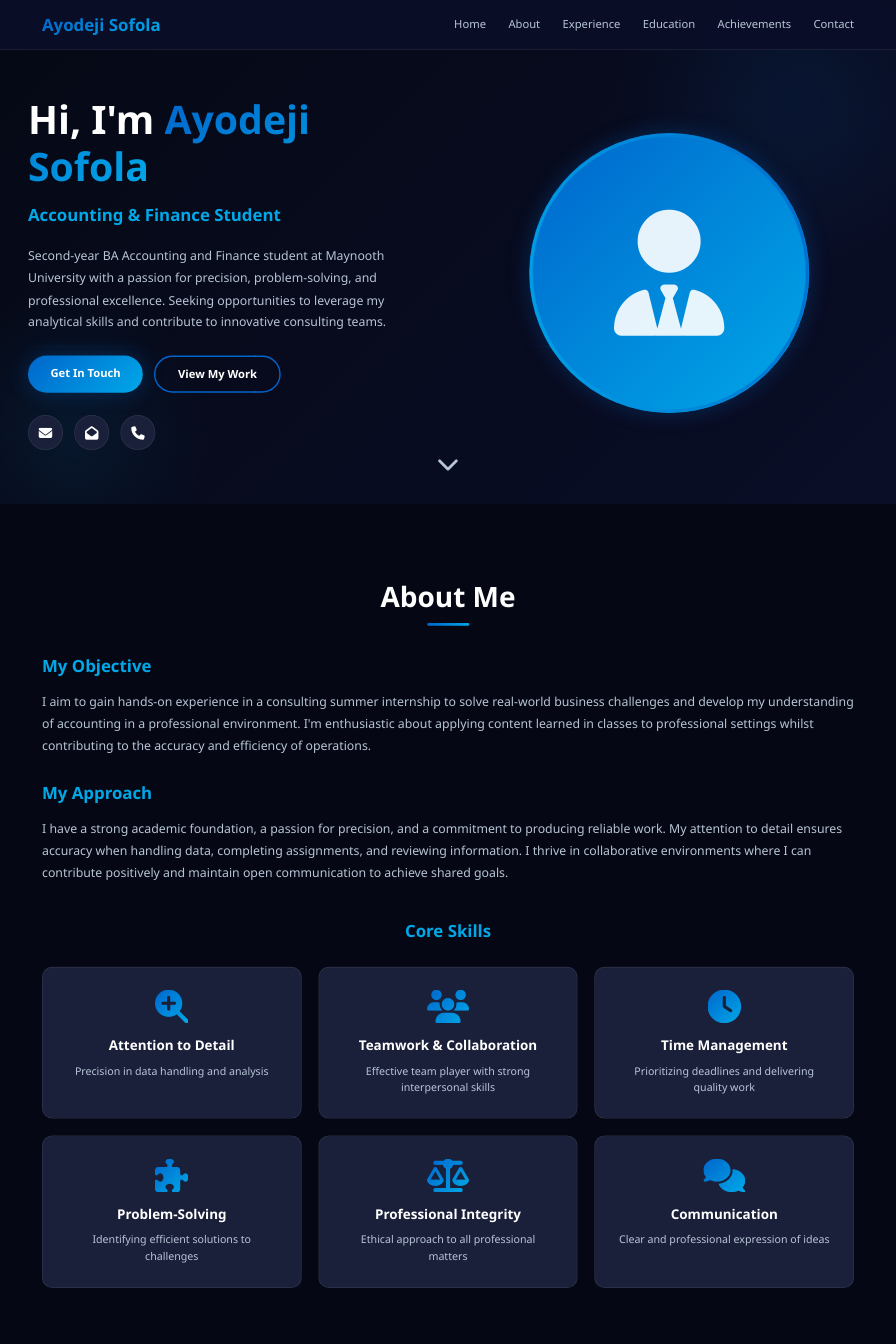
Repository: Daniel-01000/Ayodeji-s_Website
Page: index.html
The author's editor kept a copy of each file at every save. The page is drawn from the files as they stood at one save, then again after the next save.
The browser window is 1280 px wide. The pictures show the part of the page from y = 0 to 1920 px (the page is 6450 px tall), at 70% of full size.

Above is the page before, as saved 2025-11-30 04:07:28.

### index.html
<!DOCTYPE html>
<html lang="en">
<head>
    <meta charset="UTF-8">
    <meta name="viewport" content="width=device-width, initial-scale=1.0">
    <title>Ayodeji Sofola - Portfolio</title>
    <link rel="stylesheet" href="styles.css">
    <link rel="stylesheet" href="https://cdnjs.cloudflare.com/ajax/libs/font-awesome/6.4.0/css/all.min.css">
</head>
<body>
    <!-- Navigation -->
    <nav class="navbar">
        <div class="nav-container">
            <a href="#home" class="nav-logo">Ayodeji Sofola</a>
            <ul class="nav-menu">
                <li><a href="#home" class="nav-link">Home</a></li>
                <li><a href="#about" class="nav-link">About</a></li>
                <li><a href="#experience" class="nav-link">Experience</a></li>
                <li><a href="#education" class="nav-link">Education</a></li>
                <li><a href="#achievements" class="nav-link">Achievements</a></li>
                <li><a href="#contact" class="nav-link">Contact</a></li>
            </ul>
            <div class="hamburger">
                <span class="bar"></span>
                <span class="bar"></span>
                <span class="bar"></span>
            </div>
        </div>
    </nav>

    <!-- Hero Section -->
    <section id="home" class="hero">
        <div class="hero-container">
            <div class="hero-content">
                <h1 class="hero-title">
                    Hi, I'm <span class="gradient-text">Ayodeji Sofola</span>
                </h1>
                <p class="hero-subtitle">Accounting & Finance Student</p>
                <p class="hero-description">
                    Second-year BA Accounting and Finance student at Maynooth University with a passion for precision,
                    problem-solving, and professional excellence. Seeking opportunities to leverage my analytical skills
                    and contribute to innovative consulting teams.
                </p>
                <div class="hero-buttons">
                    <a href="#contact" class="btn btn-primary">Get In Touch</a>
                    <a href="#experience" class="btn btn-secondary">View My Work</a>
                </div>
                <div class="hero-social">
                    <a href="mailto:AYODEJI.SOFOLA.2025@mumail.ie" class="social-link" title="Email">
                        <i class="fas fa-envelope"></i>
                    </a>
                    <a href="mailto:DSOFOLA8@GMAIL.COM" class="social-link" title="Alternate Email">
                        <i class="fas fa-envelope-open"></i>
                    </a>
                    <a href="tel:0899871256" class="social-link" title="Phone">
                        <i class="fas fa-phone"></i>
                    </a>
                </div>
            </div>
            <div class="hero-image">
                <div class="image-placeholder">
                    <i class="fas fa-user-tie"></i>
                </div>
            </div>
        </div>
        <div class="scroll-indicator">
            <a href="#about">
                <i class="fas fa-chevron-down"></i>
            </a>
        </div>
    </section>

    <!-- About Section -->
    <section id="about" class="about">
        <div class="container">
            <h2 class="section-title">About Me</h2>
            <div class="about-content">
                <div class="about-text">
                    <h3>My Objective</h3>
                    <p>
                        I aim to gain hands-on experience in a consulting summer internship to solve real-world business challenges
                        and develop my understanding of accounting in a professional environment. I'm enthusiastic about applying
                        content learned in classes to professional settings whilst contributing to the accuracy and efficiency of operations.
                    </p>

                    <h3>My Approach</h3>
                    <p>
                        I have a strong academic foundation, a passion for precision, and a commitment to producing reliable work.
                        My attention to detail ensures accuracy when handling data, completing assignments, and reviewing information.
                        I thrive in collaborative environments where I can contribute positively and maintain open communication to achieve shared goals.
                    </p>
                </div>

                <div class="skills-container">
                    <h3>Core Skills</h3>
                    <div class="skills-grid">
                        <div class="skill-card">
                            <i class="fas fa-search-plus"></i>
                            <h4>Attention to Detail</h4>
                            <p>Precision in data handling and analysis</p>
                        </div>
                        <div class="skill-card">
                            <i class="fas fa-users"></i>
                            <h4>Teamwork & Collaboration</h4>
                            <p>Effective team player with strong interpersonal skills</p>
                        </div>
                        <div class="skill-card">
                            <i class="fas fa-clock"></i>
                            <h4>Time Management</h4>
                            <p>Prioritizing deadlines and delivering quality work</p>
                        </div>
                        <div class="skill-card">
                            <i class="fas fa-puzzle-piece"></i>
                            <h4>Problem-Solving</h4>
                            <p>Identifying efficient solutions to challenges</p>
                        </div>
                        <div class="skill-card">
                            <i class="fas fa-balance-scale"></i>
                            <h4>Professional Integrity</h4>
                            <p>Ethical approach to all professional matters</p>
                        </div>
                        <div class="skill-card">
                            <i class="fas fa-comments"></i>
                            <h4>Communication</h4>
                            <p>Clear and professional expression of ideas</p>
                        </div>
                    </div>
                </div>
            </div>
        </div>
    </section>

    <!-- Experience Section -->
    <section id="experience" class="experience">
        <div class="container">
            <h2 class="section-title">Experience</h2>
            <div class="timeline">
                <div class="timeline-item">
                    <div class="timeline-dot"></div>
                    <div class="timeline-content">
                        <div class="timeline-date">Recent</div>
                        <h3>Work Placement - PurePharmacy, Dundalk</h3>
                        <ul class="timeline-list">
                            <li>
                                <i class="fas fa-check-circle"></i>
                                Gained experience handling confidential information by following set procedures
                            </li>
                            <li>
                                <i class="fas fa-check-circle"></i>
                                Supported daily operational tasks, strengthening organisation and teamwork abilities in a professional workplace
                            </li>
                            <li>
                                <i class="fas fa-check-circle"></i>
                                Learned the importance of efficiency and accuracy in a fast-paced environment
                            </li>
                        </ul>
                    </div>
                </div>

                <div class="timeline-item">
                    <div class="timeline-dot"></div>
                    <div class="timeline-content">
                        <div class="timeline-date">Ongoing</div>
                        <h3>Homework Tutor</h3>
                        <ul class="timeline-list">
                            <li>
                                <i class="fas fa-check-circle"></i>
                                Helped primary school and junior cert students with completing homework by explaining questions clearly and communicating effectively
                            </li>
                            <li>
                                <i class="fas fa-check-circle"></i>
                                Explained concepts clearly and adapted different teaching methods to cater to each student
                            </li>
                            <li>
                                <i class="fas fa-check-circle"></i>
                                Developed planning and mentoring skills by helping students build confidence in their academics
                            </li>
                        </ul>
                    </div>
                </div>
            </div>
        </div>
    </section>

    <!-- Education Section -->
    <section id="education" class="education">
        <div class="container">
            <h2 class="section-title">Education</h2>
            <div class="education-content">
                <div class="education-card">
                    <div class="education-header">
                        <div>
                            <h3>Maynooth University</h3>
                            <p class="education-degree">BA Accounting and Finance</p>
                        </div>
                        <div class="education-date">September 2024 - May 2027</div>
                    </div>
                    <div class="education-body">
                        <div class="education-grade">
                            <strong>Expected Grade:</strong> First Class Honours
                            <br>
                            <span class="current-grade">Currently achieving an Upper Second Class, 2:1</span>
                        </div>

                        <div class="modules-section">
                            <h4><i class="fas fa-book"></i> Core Modules Studied:</h4>
                            <div class="modules-grid">
                                <div class="module-tag">Financial Accounting I & II</div>
                                <div class="module-tag">Management & Cost Accounting</div>
                                <div class="module-tag">Corporate Finance</div>
                                <div class="module-tag">Fundamentals of Finance and Accounting</div>
                                <div class="module-tag">Economics</div>
                                <div class="module-tag">Personal and Business Taxation</div>
                                <div class="module-tag">Quantitative Methods for Economics and Business</div>
                            </div>
                        </div>

                        <p class="education-note">
                            <i class="fas fa-star"></i>
                            Developing a strong foundation in accounting principles, financial analysis, and economic reasoning
                        </p>
                    </div>
                </div>
            </div>
        </div>
    </section>

    <!-- Achievements Section -->
    <section id="achievements" class="achievements">
        <div class="container">
            <h2 class="section-title">Achievements</h2>
            <div class="achievements-grid">
                <div class="achievement-card">
                    <div class="achievement-icon">
                        <i class="fas fa-trophy"></i>
                    </div>
                    <h3>SciFest Award Winner</h3>
                    <h4>Chemistry Project: Oxidation of Apples</h4>
                    <p>
                        Awarded a chemistry prize at SciFest, Ireland's largest second-level STEM fair, for conducting research
                        and experimentation analysis on the chemical changes in apples as they ripen. This research strengthened
                        my problem-solving and analytical skills, as it is needed for collecting and interpreting data, finding
                        patterns, and forming evidence-based conclusions.
                    </p>
                    <p class="achievement-impact">
                        <strong>Impact:</strong> Developed ability to work with precision - skills I continue to use in my
                        academic work and will take into a professional environment.
                    </p>
                </div>

                <div class="achievement-card">
                    <div class="achievement-icon">
                        <i class="fas fa-presentation"></i>
                    </div>
                    <h3>BT Young Scientist Participant</h3>
                    <h4>BTYSE - Technology Exhibition</h4>
                    <p>
                        Selected to present my scientific research at one of Ireland's most prestigious STEM competitions.
                        Communicating my findings to judges and peers allowed me to demonstrate effective communication and
                        interpersonal skills.
                    </p>
                    <p class="achievement-impact">
                        <strong>Impact:</strong> Enhanced ability to express ideas clearly and professionally, crucial for
                        consulting and client-facing roles.
                    </p>
                </div>
            </div>
        </div>
    </section>

    <!-- Interests Section -->
    <section id="interests" class="interests">
        <div class="container">
            <h2 class="section-title">Personal Interests</h2>
            <div class="interests-content">
                <div class="interest-card">
                    <div class="interest-icon">
                        <i class="fas fa-book-reader"></i>
                    </div>
                    <h3>Reading</h3>
                    <p>
                        I enjoy reading books that explore different ideas and views. I recently read <em>The Housemaid</em>
                        by Freida McFadden, an exciting thriller that strengthened my ability to analyse different motives.
                        I am currently reading <em>Making It Big</em> by Femi Otedola, a book about entrepreneurship and finance.
                    </p>
                    <p class="interest-benefit">
                        Reading helps develop my reflective and analytical thinking, essential skills for consulting and
                        financial analysis.
                    </p>
                </div>
            </div>
        </div>
    </section>

    <!-- Contact Section -->
    <section id="contact" class="contact">
        <div class="container">
            <h2 class="section-title">Get In Touch</h2>
            <p class="contact-subtitle">
                I'm currently seeking opportunities for summer internships in consulting, particularly at KPMG.
                I'd love to discuss how I can contribute to your team!
            </p>

            <div class="contact-grid">
                <div class="contact-card">
                    <div class="contact-icon">
                        <i class="fas fa-envelope"></i>
                    </div>
                    <h3>Email</h3>
                    <a href="mailto:AYODEJI.SOFOLA.2025@mumail.ie">AYODEJI.SOFOLA.2025@mumail.ie</a>
                    <a href="mailto:DSOFOLA8@GMAIL.COM">DSOFOLA8@GMAIL.COM</a>
                </div>

                <div class="contact-card">
                    <div class="contact-icon">
                        <i class="fas fa-phone"></i>
                    </div>
                    <h3>Phone</h3>
                    <a href="tel:0899871256">089 987 1256</a>
                </div>

                <div class="contact-card">
                    <div class="contact-icon">
                        <i class="fas fa-map-marker-alt"></i>
                    </div>
                    <h3>Location</h3>
                    <p>Maynooth, Ireland</p>
                </div>
            </div>
        </div>
    </section>

    <!-- Footer -->
    <footer class="footer">
        <div class="container">
            <p>&copy; 2025 Ayodeji Sofola</p>
            <p>Built with dedication and attention to detail</p>
        </div>
    </footer>

    <script src="script.js"></script>
</body>
</html>

Loaded but not shown: script.js (259 lines, source omitted); styles.css (1099 lines, source omitted)

After the next save:
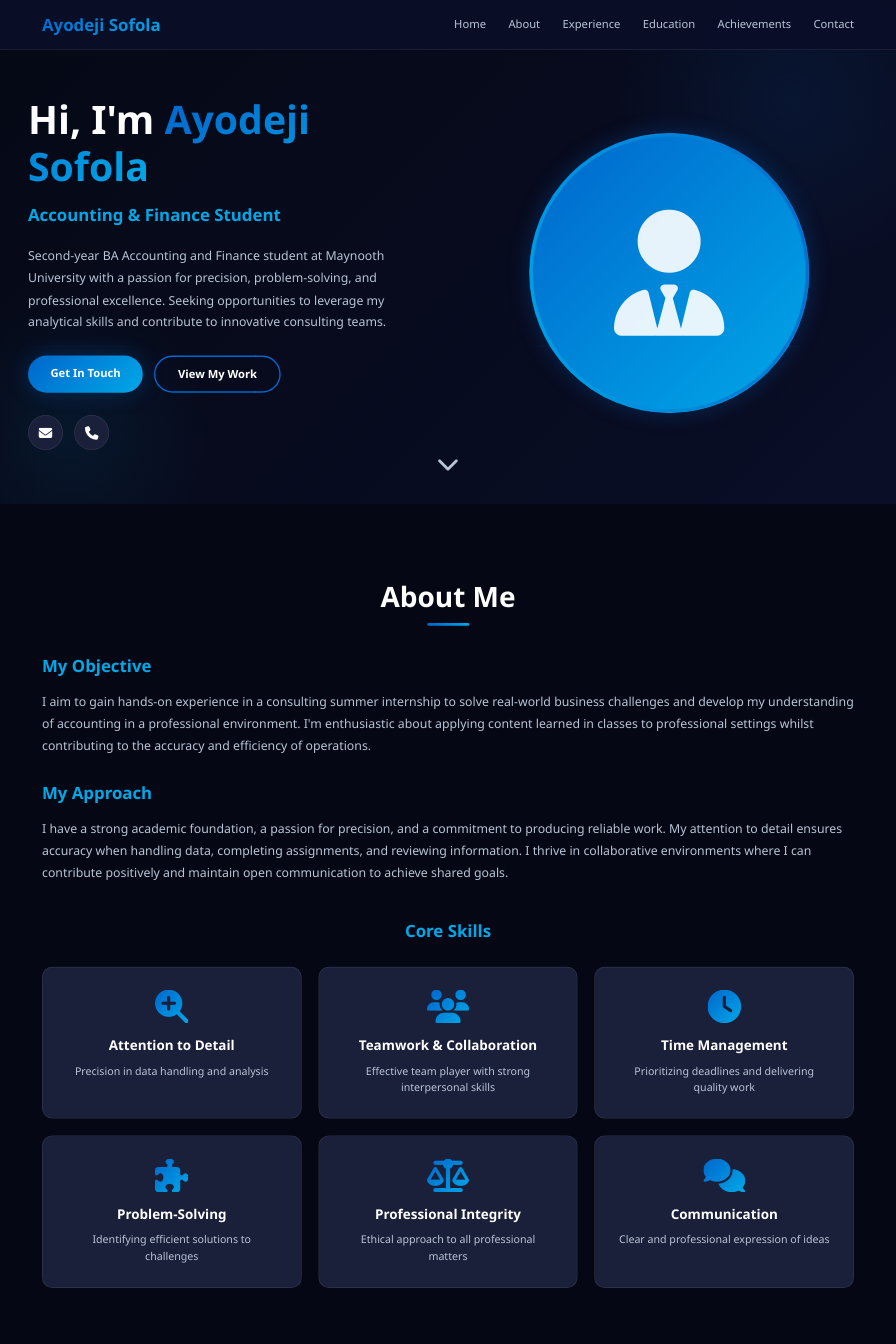
Saved 4 min 19 s later.
--- a/index.html
+++ b/index.html
@@ -49,9 +49,6 @@
                     <a href="mailto:AYODEJI.SOFOLA.2025@mumail.ie" class="social-link" title="Email">
                         <i class="fas fa-envelope"></i>
                     </a>
-                    <a href="mailto:DSOFOLA8@GMAIL.COM" class="social-link" title="Alternate Email">
-                        <i class="fas fa-envelope-open"></i>
-                    </a>
                     <a href="tel:0899871256" class="social-link" title="Phone">
                         <i class="fas fa-phone"></i>
                     </a>
